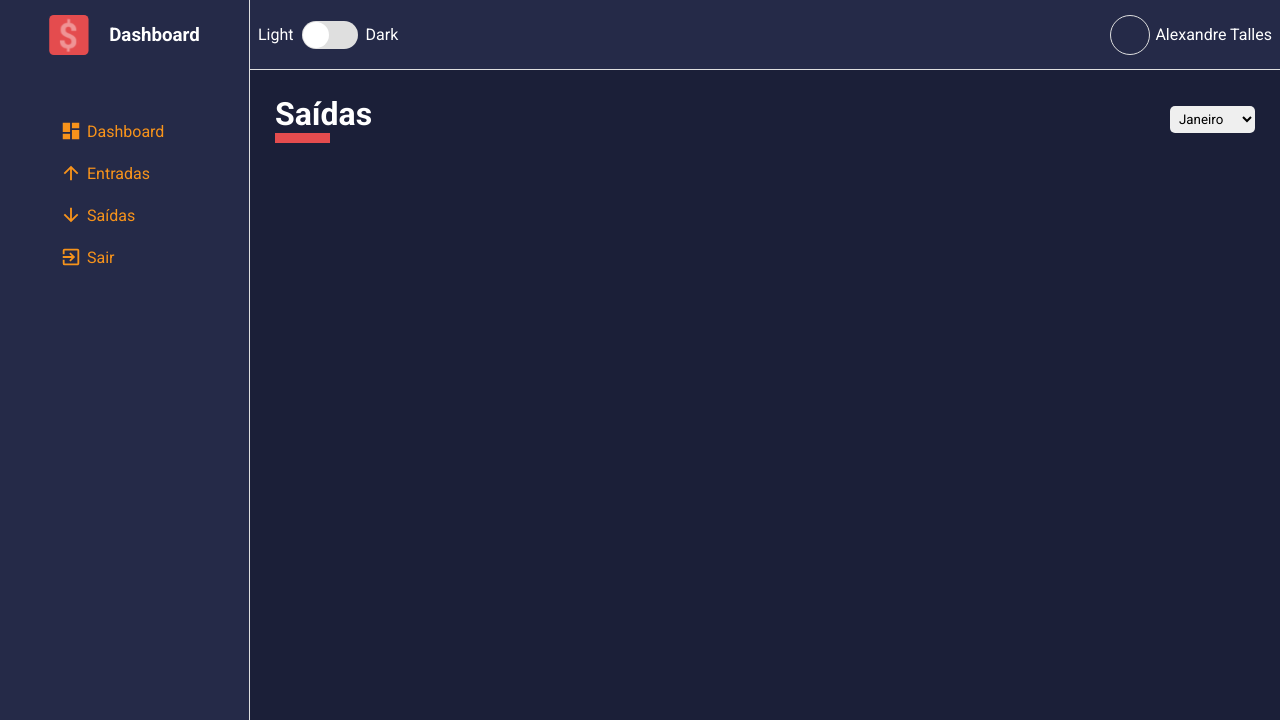
Repository: XFERRER7/dashboard
Page: /
These files come from the project's save history. The page is drawn as it stood at one moment and after a run of saves; the edit follows.
The browser window is 1280 px wide. The pictures show the whole page.
The project was rebuilt for these pictures with package versions that can differ from the ones it lists, and the page was loaded fresh each time. Also part of the build but not shown: vite.config.ts.

Above is the page before, as saved 2022-07-11 16:44:43.

### index.html
<!DOCTYPE html>
<html lang="pt-br">

<head>
  <meta charset="UTF-8" />
  <meta name="viewport" content="width=device-width, initial-scale=1.0" />
  <link rel="shortcut icon" href="src/assets/Logo.svg" type="image/x-icon">
  <link rel="preconnect" href="https://fonts.googleapis.com">
  <link rel="preconnect" href="https://fonts.gstatic.com" crossorigin>
  <link href="https://fonts.googleapis.com/css2?family=Roboto:wght@400;500;700&display=swap" rel="stylesheet">
  <title>Dashboard</title>
</head>

<body>
  <div id="root"></div>
  <script type="module" src="/src/main.tsx"></script>
</body>

</html>

### src/main.tsx
import React from 'react'
import ReactDOM from 'react-dom/client'
import {App} from './App'

ReactDOM.createRoot(document.getElementById('root')!).render(
  <React.StrictMode>
    <App />
  </React.StrictMode>
)

### src/App.tsx
import Global from "./styles/Global"
import { Layout } from './components/Layout'
import { ThemeProvider } from 'styled-components'
import dark from './styles/Themes/dark'
import light from './styles/Themes/light'
import { Dashboard } from "./pages/Dashboard"
import { List } from "./pages/List"

export const App = () => {
  return (
    <div>
      <ThemeProvider theme={dark}>
        <Global />
        <Layout>
          <List/>
        </Layout>
      </ThemeProvider>
    </div>
  )
}

### src/styles/Global.ts
import { createGlobalStyle } from 'styled-components'

export default createGlobalStyle`

  * {
    margin: 0;
    padding: 0;
    box-sizing: border-box;
  }

  html, body, #root {
    height: 100%;
  }

  *, button, input {
    border: 0;
    outline: 0;
    font-family: 'Roboto', sans-serif;
  }

  button {
    cursor: pointer;
  }

`;

### src/components/Layout/index.tsx
import { Container } from './Styles'
import { MainHeader } from '../MainHeader'
import { Content } from '../Content'
import { Aside } from '../Aside'
import { ReactNode } from 'react';

interface BaseLayoutProps {
  children?: ReactNode;
}


export const Layout = ({ children }: BaseLayoutProps) => {
  return (
    <Container>
      <MainHeader />
      <Aside />
      <Content>
        {children}
      </Content>
    </Container>
  )
}

### src/styles/Themes/dark.ts
export default {
  title: 'dark',

  colors: {
    primary: '#1B1F38',
    secondary: '#252A48',
    tertiary: '##313862',

    white: '#fff',
    black: '#000',
    gray: '#dfdfdf',

    sucess: '#4E41F0',
    info: '#F7931B',
    warning: '#E44C4E'


  }
}

### src/pages/List/index.tsx
import React from 'react'
import { CardFinance } from '../../components/CardFinance'
import { HeaderContent } from '../../MiniComponents/headerContent'
import { Select } from '../../MiniComponents/select'
import { Container } from './styles'

export const List = () => {

  const options = [
    {
      value: 'Janeiro',
      label: 'Janeiro'
    },
    {
      value: 'Fevereiro',
      label: 'Fevereiro'
    },
    {
      value: 'Março',
      label: 'Março'
    }

  ]

  return (
    <Container>
      <HeaderContent titulo={'Saídas'} lineColor={'#E44C4E'}>
        <Select option={options}/>
      </HeaderContent>

      <CardFinance/>

    </Container>
  )
}

### src/components/Layout/Styles.ts
import styled from "styled-components"

export const Container = styled.div`
  display: grid;
  grid-template-columns: 250px auto;
  grid-template-rows: 70px auto;

  grid-template-areas:
  'AS MH'
  'AS CT';
  height: 100vh;

`

### src/components/MainHeader/index.tsx

import { Toggle } from '../../MiniComponents/Toggle'
import {
  Container,
  Profile,
  UserName,
  ImgUser
}
  from './Styles'


export const MainHeader = () => {

  return (
    <Container>
      <Toggle/>

      <Profile>
        <ImgUser/>
        <UserName>Alexandre Talles</UserName>

      </Profile>
    </Container>
  )
}

### src/components/Content/index.tsx
import { ReactNode } from 'react';
import { Container } from './Styles'

interface BaseLayoutProps {
  children?: ReactNode;
}

export const Content = ({ children }: BaseLayoutProps) => {
  return (
    <Container>
      {children}
    </Container>
  )
}

### src/components/Aside/index.tsx
import {
  Container,
  Header,
  Title,
  ImgLogo,
  Menu,
  ItemMenu
} from './Styles'
import logo from '../../assets/Logo.svg'
import {
  MdDashboard,
  MdArrowDownward,
  MdArrowUpward,
  MdExitToApp
} from 'react-icons/md'

export const Aside = () => {
  return (
    <Container>
      <Header>
        <ImgLogo src={logo} alt="Logo dashboard" />
        <Title>Dashboard</Title>
      </Header>
      <Menu>
        <ItemMenu href="#">
          <MdDashboard />
          Dashboard
        </ItemMenu>
        <ItemMenu href="#">
          <MdArrowUpward />
          Entradas
        </ItemMenu>
        <ItemMenu href="#">
          <MdArrowDownward />
          Saídas
        </ItemMenu>
        <ItemMenu href="#">
          <MdExitToApp />
          Sair
        </ItemMenu>
      </Menu>
    </Container>
  )
}

### src/components/CardFinance/index.tsx

import { Toggle } from '../../MiniComponents/Toggle'
import {
  Container,
  Card,
  Highlighter
}
  from './Styles'


export const CardFinance = () => {

  return (
    <Container>
      <Highlighter/>
      <Card>
        <span></span>
      </Card>
    </Container>
  )
}

### src/MiniComponents/headerContent/index.tsx
import {
  Container,
  TitleContainer,
  Controller
} from './styles'

import { Select } from '../../MiniComponents/select'

interface IHeaderContentProps {
  titulo: string;
  lineColor: string;
  children: React.ReactNode;
}

export const HeaderContent = ({titulo, lineColor, children}: IHeaderContentProps) => {


  return (
    <Container>
      <TitleContainer lineColor={lineColor}>
        <h1>{titulo}</h1>
      </TitleContainer>
      <Controller>
        {children}
      </Controller>
    </Container>
  )
}

### src/MiniComponents/select/index.tsx
import React, { FC } from 'react'
import { Container } from './styles'

interface IselectProps {
  option: {
    value: string | number;
    label: string | number;
  }[],
}

export const Select = ({option}: IselectProps) => {
  return (

    <Container>
      <select>
        {
          option.map(option => <option key={option.value} value={option.value}>{option.label}</option>)
        }
      </select>
    </Container>
  )
}

### src/pages/List/styles.ts
import styled from "styled-components";

export const Container = styled.div`

`

### src/MiniComponents/Toggle/index.tsx
import React, { useState } from 'react'
import { Container, ToggleLabel, ToggleSelector } from './styles'


export const Toggle = () => {

  const [on, setOn] = useState(false);

  return (
    <Container>
      <ToggleLabel>
        Light
      </ToggleLabel>
      <ToggleSelector
        checked={on }
        uncheckedIcon={false}
        checkedIcon={false}
        onChange={() => setOn(!on)}
      />
      <ToggleLabel>
        Dark
      </ToggleLabel>
    </Container>
  )
}

### src/components/MainHeader/Styles.ts
import styled from "styled-components"

export const Container = styled.div`
  grid-area: MH;
  color: ${props => props.theme.colors.white};
  background-color: ${props => props.theme.colors.secondary};
  display: flex;
  justify-content: space-between;
  align-items: center;
  padding: 8px;
  border-bottom: 1px solid ${props => props.theme.colors.gray};
`

export const Profile = styled.div`
  display: flex;
  align-items: center;
  justify-content: center;
  gap: 5px;
`

export const UserName = styled.div`

`

export const ImgUser = styled.div`
  height: 40px;
  width: 40px;
  border-radius: 50%;
  border: 1px solid ${props => props.theme.colors.gray};
`

### src/components/Content/Styles.ts
import styled from "styled-components"

export const Container = styled.div`
  grid-area: CT;
  color: ${props => props.theme.colors.white};
  background-color: ${props => props.theme.colors.primary};
  padding: 25px;
`

### src/components/Aside/Styles.ts
import styled from "styled-components"

export const Container = styled.div`
  grid-area: AS;
  color: ${props => props.theme.colors.white};
  background-color: ${props => props.theme.colors.secondary};
  border-right: 1px solid ${props => props.theme.colors.gray};
`

export const Header = styled.div`
  height: 70px;
  display: flex;
  align-items: center;
  justify-content: center;
  gap: 20px;
`
export const Title = styled.h3`

`
export const ImgLogo = styled.img`
  height: 40px;
  width: 40px;
`
export const Menu = styled.nav`
  display: flex;
  flex-direction: column;
  justify-content: center;
  gap: 20px;
  margin-top: 50px;
  margin-left: 60px;
`
export const ItemMenu = styled.a`
  text-decoration: none;
  color: ${props => props.theme.colors.info};
  transition: 0.1s all ease;
  display: flex;
  align-items: center;
  gap: 5px;


  &:hover {
    opacity: .8;
  }

  > svg {
    font-size: 22px;
  }
`

### src/components/CardFinance/Styles.ts
import styled from "styled-components"

export const Container = styled.div`
  margin-top: 20px;
`

export const Card = styled.div`

`

export const Highlighter = styled.div`

`

### src/MiniComponents/headerContent/styles.ts
import styled from "styled-components";

interface ItitleContainerProps {
  lineColor: string;
}


export const Container = styled.div`
  display: flex;
  justify-content: space-between;
`

export const TitleContainer = styled.div<ItitleContainerProps>`


  > h1 {

    color: ${props => props.theme.colors.white};
    &::after {
    content: '';
    display: block;
    width: 55px;
    border-bottom: 10px solid ${props => props.lineColor};
  }
  }

`
export const Controller = styled.div`
  display: flex;
  gap: 5px;
  align-items: center;
`

### src/MiniComponents/select/styles.ts
import styled from "styled-components";

export const Container = styled.div`

  > select {
    padding: 5px;
    border-radius: 5px;
  }
`

### src/MiniComponents/Toggle/styles.ts
import styled from "styled-components";
import Switch, { ReactSwitchProps } from 'react-switch'

export const Container = styled.div`
  display: flex;
  align-items: center;
`

export const ToggleLabel = styled.span`
  color: ${props => props.theme.colors.white};

`

export const ToggleSelector = styled(Switch).attrs<ReactSwitchProps>(
  ({ theme }) => ({
    onColor: theme.colors.primary,
    offColor: theme.colors.gray
  })) <ReactSwitchProps>`
  margin: 0 8px;

`;

After the next 2 saves:
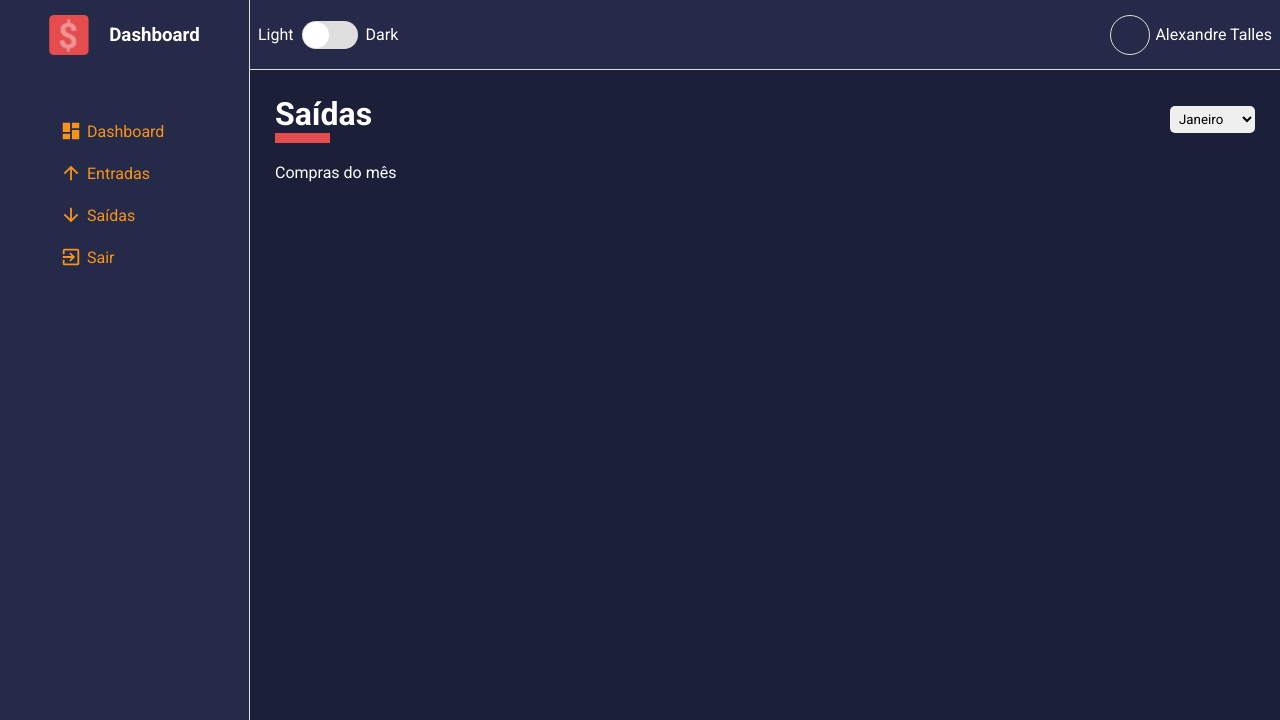
The 2 saves are shown as one change because they came seconds apart.
The last was saved 21 s later.
--- a/src/components/CardFinance/index.tsx
+++ b/src/components/CardFinance/index.tsx
@@ -14,7 +14,8 @@ export const CardFinance = () => {
     <Container>
       <Highlighter/>
       <Card>
-        <span></span>
+        <span>Compras do mês</span>
+        <small></small>
       </Card>
     </Container>
   )
